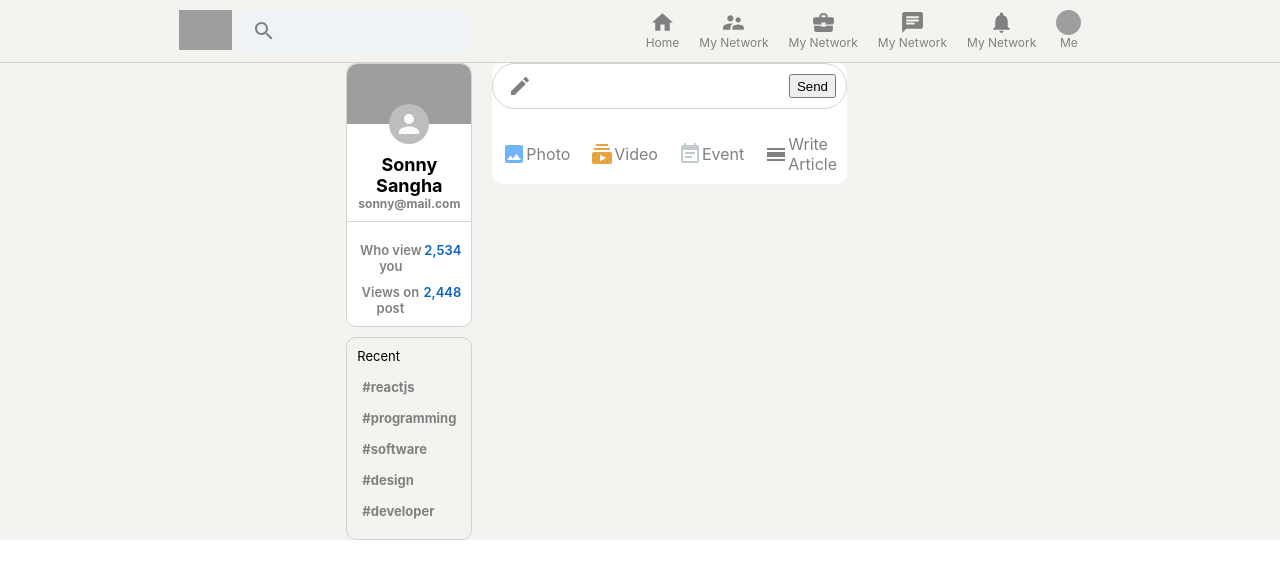
Repository: joaogamarra/linkedin-clone
Page: /
An editor plug-in stored every save of this project. The page is shown before and after the next save, followed by the edit.
The browser window is 1280 px wide. The pictures show the whole page.
Pictures or frames that could not be fetched are drawn as grey boxes. The project was rebuilt for these pictures with package versions that can differ from the ones it lists, and the page was loaded fresh each time.

Above is the page before, as saved 2021-02-19 13:25:06.

### src/index.js
import React from 'react'
import ReactDOM from 'react-dom'
import './index.css'
import App from './App'

ReactDOM.render(
	<React.StrictMode>
		<App />
	</React.StrictMode>,
	document.getElementById('root')
)

### src/index.css
* {
	margin: 0;
}

body {
	margin: 0;
	font-family: -apple-system, BlinkMacSystemFont, 'Segoe UI', 'Roboto', 'Oxygen', 'Ubuntu', 'Cantarell',
		'Fira Sans', 'Droid Sans', 'Helvetica Neue', sans-serif;
	-webkit-font-smoothing: antialiased;
	-moz-osx-font-smoothing: grayscale;
}

code {
	font-family: source-code-pro, Menlo, Monaco, Consolas, 'Courier New', monospace;
}

### src/App.js
import './App.css'
import Feed from './components/feed/Feed'
import Header from './components/header/Header'
import Sidebar from './components/sidebar/Sidebar'

function App() {
	return (
		<div className='App'>
			<Header />
			<div className='app__body'>
				<Sidebar />
				<Feed />
			</div>
		</div>
	)
}

export default App

### src/App.css
.App {
	background-color: #f3f3ef;
	display: flex;
	flex-direction: column;
	align-items: center;
}

.app__body {
	display: flex;
}

### src/components/feed/Feed.js
import './Feed.css'
import CreateIcon from '@material-ui/icons/Create'
import ImageIcon from '@material-ui/icons/Image'
import SubscriptionsIcon from '@material-ui/icons/Subscriptions'
import EventNoteIcon from '@material-ui/icons/EventNote'
import CalendarViewDayIcon from '@material-ui/icons/CalendarViewDay'
import InputOption from './InputOption'

const Feed = () => {
	return (
		<div className='feed'>
			<div className='feed__inputContainer'>
				<div className='feed__input'>
					<CreateIcon />
					<form>
						<input type='text' />
						<button type='submit'>Send</button>
					</form>
				</div>
				<div className='feed__inputOptions'>
					<InputOption Icon={ImageIcon} title='Photo' color='#70b5f9' />
					<InputOption Icon={SubscriptionsIcon} title='Video' color='#E7A33E' />
					<InputOption Icon={EventNoteIcon} title='Event' color='#C0CBCD' />
					<InputOption Icon={CalendarViewDayIcon} title='Write Article' color='#70b5f7FC15E9' />
				</div>
			</div>
		</div>
	)
}

export default Feed

### src/components/header/Header.js
import './Header.css'
import HeaderOption from './HeaderOption'
import SearchIcon from '@material-ui/icons/Search'
import HomeIcon from '@material-ui/icons/Home'
import SupervisorAccountIcon from '@material-ui/icons/SupervisorAccount'
import BusinessCenterIcon from '@material-ui/icons/BusinessCenter'
import ChatIcon from '@material-ui/icons/Chat'
import NotificationsIcon from '@material-ui/icons/Notifications'

const Header = () => {
	return (
		<div className='header'>
			<div className='header__left'>
				<img src='https://www.flaticon.com/svg/static/icons/svg/174/174857.svg' alt='' />

				<div className='header__search'>
					<SearchIcon />
					<input type='text' />
				</div>
			</div>
			<div className='header__right'>
				<HeaderOption Icon={HomeIcon} title='Home' />
				<HeaderOption Icon={SupervisorAccountIcon} title='My Network' />
				<HeaderOption Icon={BusinessCenterIcon} title='My Network' />
				<HeaderOption Icon={ChatIcon} title='My Network' />
				<HeaderOption Icon={NotificationsIcon} title='My Network' />
				<HeaderOption
					avatar='https://compassionate-leakey-e9b16b.netlify.app/images/IG_Sonny.jpeg'
					title='Me'
				/>
			</div>
		</div>
	)
}

export default Header

### src/components/sidebar/Sidebar.js
import './Sidebar.css'
import { Avatar } from '@material-ui/core'

const Sidebar = () => {
	const recentItem = (topic) => (
		<div className='sidebar__recentItem'>
			<span className='sidebar__hash'>#</span>
			<p>{topic}</p>
		</div>
	)

	return (
		<div className='sidebar'>
			<div className='sidebar__top'>
				<img
					src='https://images.unsplash.com/photo-1579546929518-9e396f3cc809?ixid=MXwxMjA3fDB8MHxwaG90by1wYWdlfHx8fGVufDB8fHw%3D&ixlib=rb-1.2.1&auto=format&fit=crop&w=1350&q=80'
					alt=''
				/>
				<Avatar className='sidebar__avatar' />
				<h2>Sonny Sangha</h2>
				<h4>sonny@mail.com</h4>
			</div>

			<div className='sidebar__stats'>
				<div className='sidebar__stat'>
					<p>Who view you</p>
					<p className='sidebar__statNumber'>2,534</p>
				</div>
				<div className='sidebar__stat'>
					<p>Views on post</p>
					<p className='sidebar__statNumber'>2,448</p>
				</div>
			</div>

			<div className='sidebar__bottom'>
				<p>Recent</p>
				{recentItem('reactjs')}
				{recentItem('programming')}
				{recentItem('software')}
				{recentItem('design')}
				{recentItem('developer')}
			</div>
		</div>
	)
}

export default Sidebar

### src/components/feed/Feed.css
.feed {
	flex: 0.6;
	margin: 0 20px;
}

.feed__inputContainer {
	padding: 10px 10p 20px 10px;
	margin-bottom: 20px;
	border-radius: 10px;
	background-color: white;
}

.feed__input {
	display: flex;
	padding: 10px 10px 10px 15px;
	color: gray;
	border: 1px solid lightgray;
	border-radius: 30px;
}

.feed__input > form {
	display: flex;
	width: 100%;
}

.feed__input > form > input {
	flex: 1;
	margin-left: 10px;
	outline-width: 0;
	font-weight: 600;
	border: none;
}

.feed__input > form > input > button {
	display: none;
}

.feed__inputOptions {
	display: flex;
	justify-content: space-evenly;
}

### src/components/feed/InputOption.js
import './InputOption.css'

const InputOption = ({ Icon, title, color }) => {
	return (
		<div className='inputOption'>
			<Icon style={{ color: color }} />
			{title}
		</div>
	)
}

export default InputOption

### src/components/header/Header.css
.header {
	position: sticky;
	top: 0;
	display: flex;
	justify-content: space-evenly;
	padding: 10px 0;
	width: 100%;
	border-bottom: 0.1px solid lightgray;
	z-index: 30;
}

.header__left {
	display: flex;
}

.header__left > img {
	object-fit: contain;
	height: 40px;
	margin-right: 10px;
}

.header__search {
	padding: 10px;
	display: flex;
	align-items: center;
	border-radius: 5px;
	height: 22px;
	color: gray;
	background-color: #eef3f8;
}

.header__search > input {
	outline: none;
	border: none;
	background: none;
}

.header__right {
	display: flex;
}

### src/components/header/HeaderOption.js
import './HeaderOption.css'
import { Avatar } from '@material-ui/core'

const HeaderOption = ({ avatar, Icon, title }) => {
	return (
		<div className='headerOption'>
			{Icon && <Icon className='headerOption__icon' />}
			{avatar && <Avatar className='headerOption__icon' src={avatar} />}
			<h3 className='headerOption__title'>{title}</h3>
		</div>
	)
}

export default HeaderOption

### src/components/sidebar/Sidebar.css
.sidebar {
	position: sticky;
	flex: 0.2;
	top: 80px;
	height: fit-content;
	border-radius: 10px;
	text-align: center;
}

.sidebar__avatar {
	margin-bottom: 10px;
}

.sidebar__top > h4 {
	color: gray;
	font-size: 12px;
}

.sidebar__top > h2 {
	font-size: 18px;
}

.sidebar__top {
	display: flex;
	flex-direction: column;
	align-items: center;
	border: 1px solid lightgray;
	border-bottom: 0;
	border-top-left-radius: 10px;
	border-top-right-radius: 10px;
	background-color: white;
	padding-bottom: 10px;
}

.sidebar__top > img {
	margin-bottom: -20px;
	width: 100%;
	height: 60px;
	border-top-left-radius: 10px;
	border-top-right-radius: 10px;
}
.sidebar__stats {
	padding: 10px;
	margin-bottom: 10px;
	border: 1px solid lightgray;
	border-bottom-left-radius: 10px;
	border-bottom-right-radius: 10px;
	background-color: white;
}

.sidebar__stat {
	margin-top: 10px;
	display: flex;
	justify-content: space-between;
}

.sidebar__stat > p {
	color: gray;
	font-size: 13px;
	font-weight: 600;
}

.sidebar__statNumber {
	font-weight: bold;
	color: #0a66c2 !important;
}

.sidebar__bottom {
	text-align: left;
	padding: 10px;
	border: 1px solid lightgray;
	border-radius: 10px;
	margin-top: 10px;
}

.sidebar__bottom > p {
	font-size: 13px;
	padding-bottom: 10px;
}

.sidebar__recentItem {
	display: flex;
	font-size: 13px;
	color: gray;
	font-weight: bolder;
	cursor: pointer;
	margin-bottom: 5px;
	padding: 5px;
}

.sidebar__recentItem:hover {
	background-color: whitesmoke;
	border-radius: 10px;
	cursor: pointer;
	color: black;
}

.sidebar_hash {
	margin: 0 10px 0 5px;
}

### src/components/feed/InputOption.css
.inputOption {
	display: flex;
	align-items: center;
	padding: 10px;
	margin-top: 15px;
	color: gray;
	cursor: pointer;
}

.inputOption:hover {
	background-color: whitesmoke;
	border-radius: 10px;
}

.inputOption > h4 {
	margin-left: 5px;
}

### src/components/header/HeaderOption.css
.headerOption {
	display: flex;
	flex-direction: column;
	align-items: center;
	margin-right: 20px;
	color: gray;
	cursor: pointer;
}

.headerOption:hover {
	color: black;
}

.headerOption__title {
	font-size: 12px;
	font-weight: 400;
}

.headerOption__icon {
	object-fit: contain;
	height: 25px !important;
	width: 25px !important;
}

Loaded but not shown: public/index.html (common file)

After the next save:
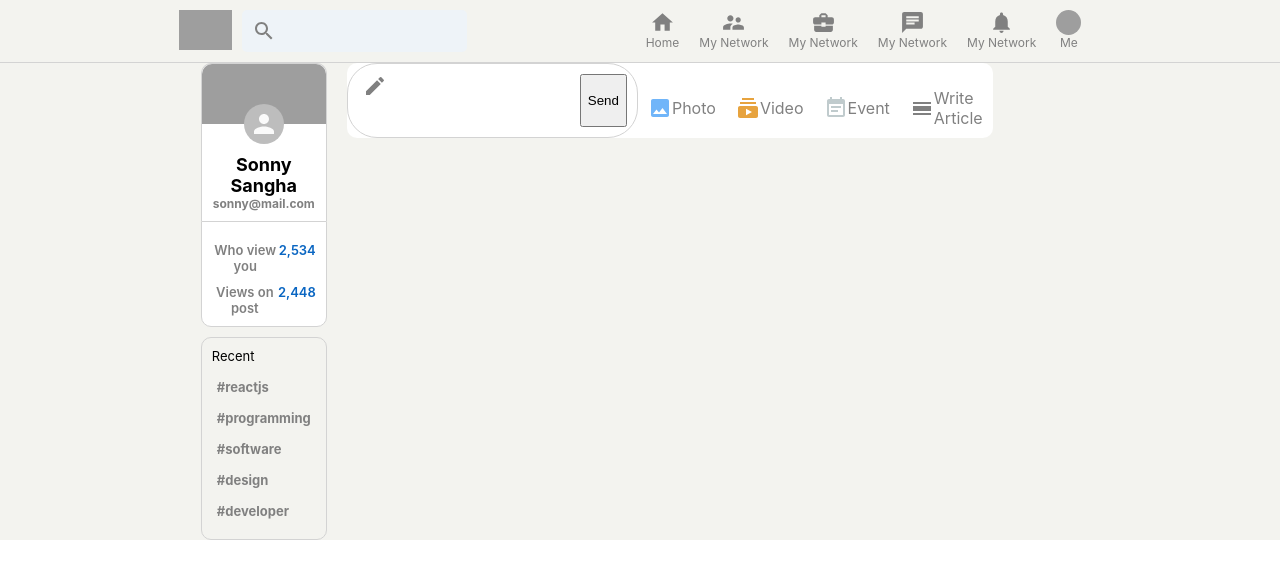
Saved 2 min 30 s later.
--- a/src/components/feed/Feed.css
+++ b/src/components/feed/Feed.css
@@ -4,6 +4,8 @@
 }
 
 .feed__inputContainer {
+	display: flex;
+	justify-content: space-evenly;
 	padding: 10px 10p 20px 10px;
 	margin-bottom: 20px;
 	border-radius: 10px;
